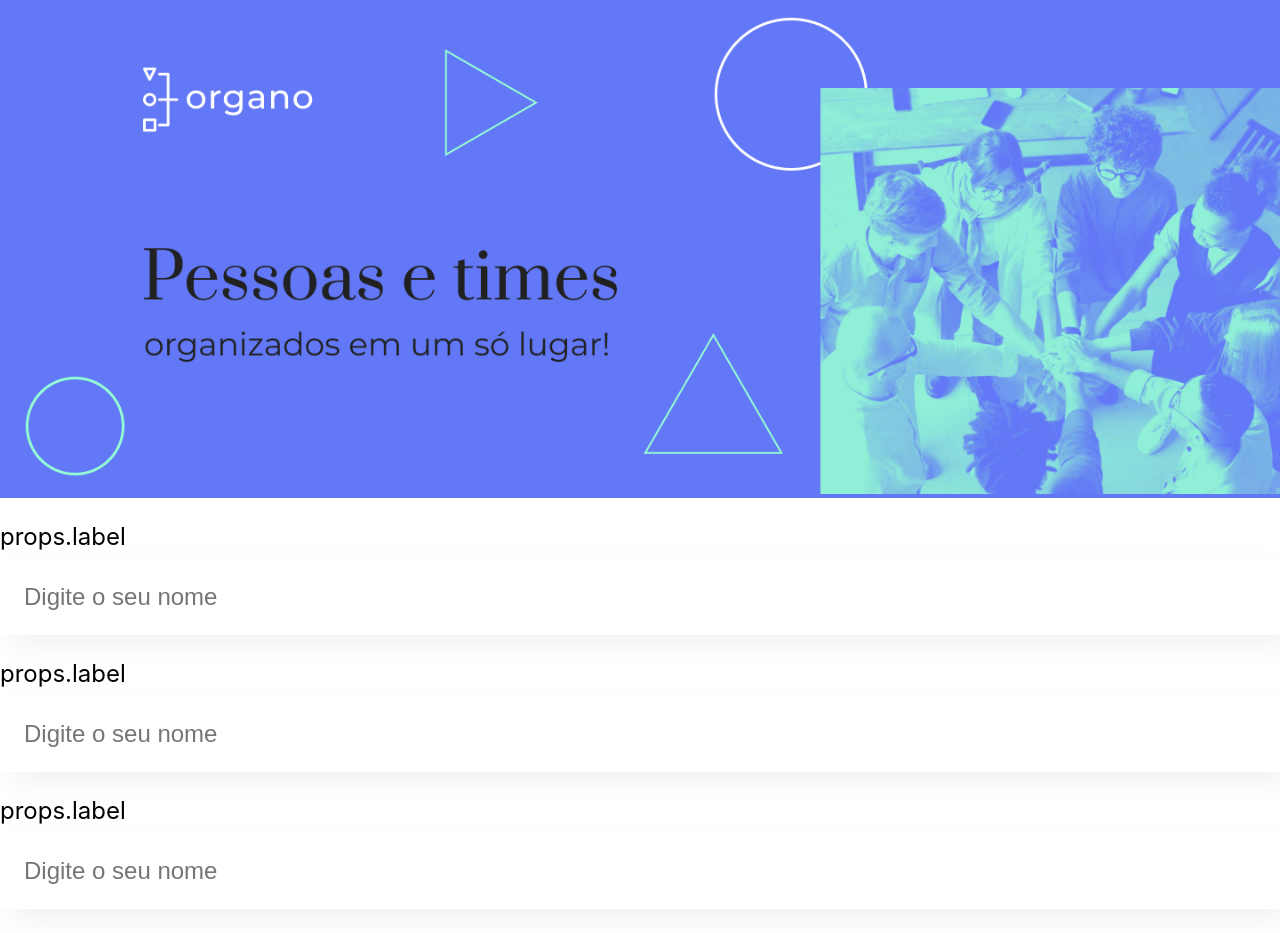
Repository: devMuriloOliveira/organo
Page: /
These files come from the project's save history. The page is drawn as it stood at one moment and after the next save; the edit follows.
The browser window is 1280 px wide. The pictures show the whole page.
The project was rebuilt for these pictures with package versions that can differ from the ones it lists, and the page was loaded fresh each time.

Above is the page before, as saved 2023-01-10 18:39:24.

After the next save:
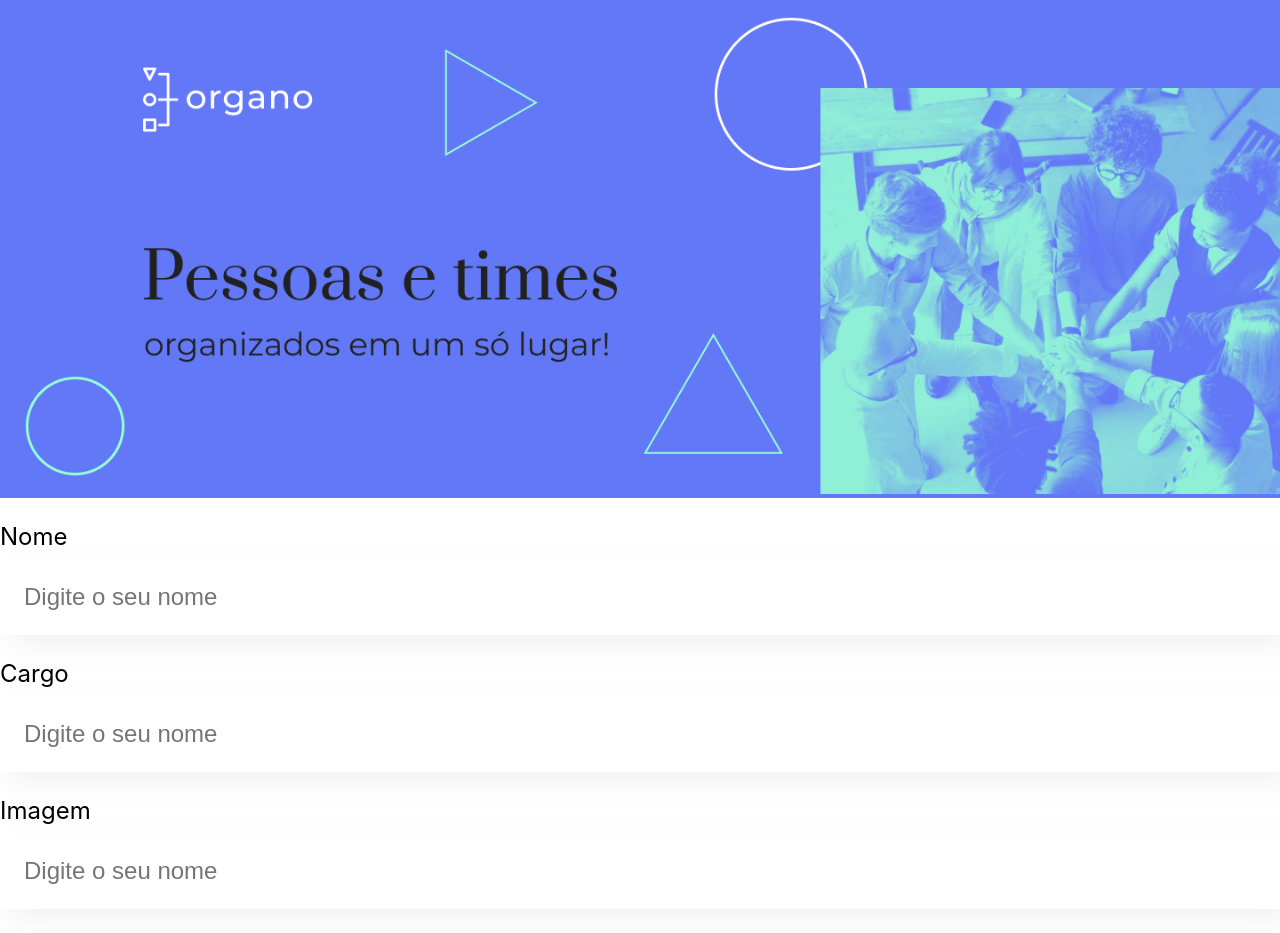
Saved 10 s later.
--- a/src/componentes/CampoTexto/index.js
+++ b/src/componentes/CampoTexto/index.js
@@ -4,7 +4,7 @@ const CampoTexto = (props) =>{
 
   return(
     <div className="campo-texto">
-      <label>props.label</label>
+      <label>{props.label}</label>
       <input placeholder='Digite o seu nome'/>
     </div>
   )
